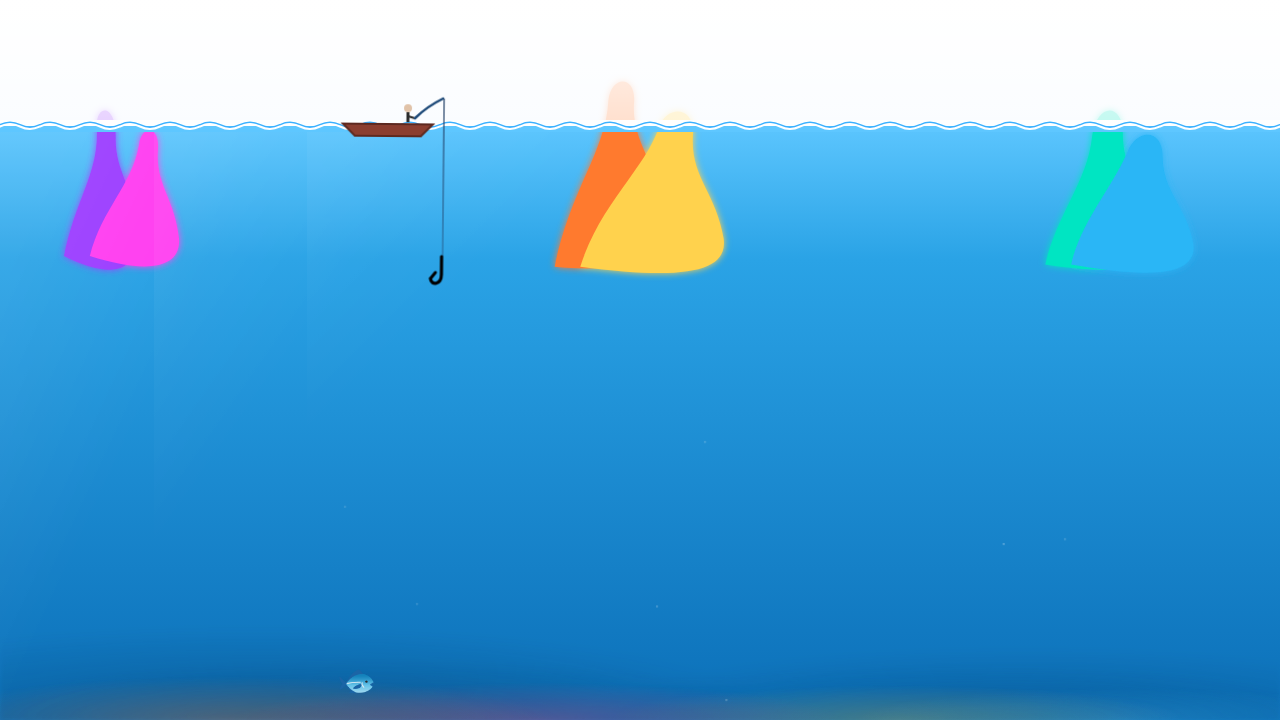
Repository: DeepFriedTurkey441/fd_game_project
Page: index.html
An editor plug-in stored every save of this project. The page is shown before and after the next save, followed by the edit.
The browser window is 1280 px wide. The pictures show the whole page.

Above is the page before, as saved 2025-09-23 07:37:29.

### index.html
<!DOCTYPE html>
<html lang="en">
<head>
  <meta charset="UTF-8">
  <title>Fish Dodge</title>
  <link rel="stylesheet" href="style.css">
</head>
<body>
  <div id="game">
    <div id="air" aria-hidden="true"></div>
    <div id="waterline" aria-hidden="true"></div>
    <!-- Decorative background layers (non-interactive) -->
    <div id="reef-back" aria-hidden="true"></div>
    <div id="reef-mid" aria-hidden="true"></div>
    <div id="reef-fore" aria-hidden="true"></div>
    <div id="light-rays" aria-hidden="true"></div>
    <div id="caustics" aria-hidden="true"></div>
    <div id="seafloor" aria-hidden="true"></div>
    <!-- Bright coral SVG (non-interactive) -->
    <svg id="coral" viewBox="0 0 1200 300" aria-hidden="true">
      <defs>
        <filter id="coralGlow" x="-20%" y="-20%" width="140%" height="140%">
          <feGaussianBlur stdDeviation="3" result="blur"/>
          <feMerge>
            <feMergeNode in="blur"/>
            <feMergeNode in="SourceGraphic"/>
          </feMerge>
        </filter>
      </defs>
      <!-- left purple coral -->
      <g filter="url(#coralGlow)" transform="translate(60,240) scale(1.1)">
        <path d="M0 0 C 10 -50, 30 -70, 28 -110 C 27 -130, 45 -130, 44 -100 C 44 -70, 60 -60, 62 -20 C 64 15, 40 20, 0 0 Z" fill="#9b3cff"/>
        <path d="M22 0 C 32 -40, 58 -60, 64 -95 C 66 -112, 82 -112, 80 -90 C 78 -60, 94 -50, 98 -15 C 100 10, 72 16, 22 0 Z" fill="#ff3cf0"/>
      </g>
      <!-- center orange coral -->
      <g filter="url(#coralGlow)" transform="translate(520,250) scale(1.2)">
        <path d="M0 0 C 12 -60, 40 -90, 42 -130 C 44 -150, 64 -150, 62 -128 C 60 -98, 78 -86, 84 -46 C 90 -8, 62 6, 0 0 Z" fill="#ff7a2f"/>
        <path d="M20 0 C 36 -50, 70 -75, 82 -110 C 88 -126, 110 -126, 108 -102 C 106 -70, 126 -58, 132 -22 C 136 6, 96 10, 20 0 Z" fill="#ffd24d"/>
      </g>
      <!-- right teal coral -->
      <g filter="url(#coralGlow)" transform="translate(980,248) scale(1.1)">
        <path d="M0 0 C 10 -44, 36 -70, 40 -110 C 44 -138, 66 -138, 66 -112 C 66 -78, 84 -64, 92 -30 C 98 4, 64 10, 0 0 Z" fill="#00e5c2"/>
        <path d="M22 0 C 30 -36, 56 -64, 70 -96 C 78 -116, 100 -116, 100 -92 C 100 -62, 120 -50, 126 -18 C 130 10, 90 12, 22 0 Z" fill="#29b6f6"/>
      </g>
    </svg>
    <div class="boat" aria-label="small fishing boat" title="Fishing boat" style="left: 26vw;">
      <svg viewBox="0 0 120 60" xmlns="http://www.w3.org/2000/svg" aria-hidden="true">
        <!-- hull -->
        <path d="M10 40 L100 40 L88 52 L22 52 Z" fill="#8b3e2f" stroke="#5e291f" stroke-width="2"/>
        <!-- fisherman (simple) -->
        <circle cx="75" cy="24" r="4" fill="#e0c2a8"/>
        <path id="arm" d="M75 28 L75 38" stroke="#2b2b2b" stroke-width="3"/>
        <path id="rod" d="M75 32 L82 34" stroke="#2b2b2b" stroke-width="2"/>
        <!-- fishing rod (angled out over water) -->
        <path d="M82 34 Q 94 22 110 14" stroke="#1f4b7a" stroke-width="2.5" fill="none" stroke-linecap="round"/>
      </svg>
      <div class="line" aria-hidden="true"></div>
      <svg class="hook" aria-hidden="true" viewBox="0 0 24 36">
        <!-- J‑shaped hook: black stroke, no fill -->
        <path d="M16 2 V20 C16 30 6 32 5 24" fill="none" stroke="#000" stroke-width="3.2" stroke-linecap="round"/>
        <!-- Barb -->
        <path d="M6 23 L10 18" fill="none" stroke="#000" stroke-width="3" stroke-linecap="round"/>
      </svg>
    </div>
    <div id="fish" aria-label="fish"><span class="sprite" aria-hidden="true">🐟</span></div>
    <!-- Soft ambient bubbles -->
    <div id="bubbles" aria-hidden="true"></div>
  </div>
  <script src="script.js"></script>
</body>
</html>

### style.css
/* Basic starter styling */
body {
    margin: 0;
    font-family: sans-serif;
    background-color: #0a3454;
    color: #fff;
  }

#game {
    position: relative;
    width: 100vw;
    height: 100vh;
    overflow: hidden;
    background: linear-gradient(#f9fbff 0%, #eaf3ff 16.66%, #5ec7ff 16.66%, #2aa3e6 36%, #0b6fb8 100%);
  }

/* Air overlay (top 1/6) to ensure a whitish sky */
#air {
    position: absolute;
    left: 0; right: 0;
    top: 0;
    /* Extend slightly past the waterline so crests have white behind them */
    height: calc(100vh / 6 + 12px);
    background: linear-gradient(to bottom, rgba(255,255,255,0.98), rgba(255,255,255,0.75));
    z-index: 1;
    pointer-events: none;
  }

/* Waterline at 1/6 of the viewport height from the top */
#waterline {
    position: absolute;
    left: 0; right: 0;
    top: calc(100vh / 6);
    height: 12px;
    z-index: 2;
    pointer-events: none;
    /* Squiggly wave on top of a 2-color band: white above, light blue below */
    background:
      url("data:[embedded picture, 376 characters]") repeat-x center,
      linear-gradient(to bottom, rgba(255,255,255,0.98) 0%, rgba(255,255,255,0.98) 50%, rgba(94,199,255,1) 50%, rgba(94,199,255,1) 100%);
    background-size: 80px 12px, 100% 100%;
  }

/* Boat at surface */
  .boat {
    position: absolute;
    top: calc(100vh / 6 - 34px); /* float a bit higher above ripple */
    width: 120px; height: 60px;
    transform-origin: 50% 50%;
    animation: bob 3.2s ease-in-out infinite;
    z-index: 6; /* above reefs; fish swims under */
    pointer-events: none;
  }
  .boat svg { width: 100%; height: 100%; display: block; }
  /* (reverted) */

/* Reef layers (behind fish) */
#reef-back, #reef-mid, #reef-fore {
    position: absolute; left: 0; right: 0; bottom: 0;
    pointer-events: none;
}
#reef-back { height: 44vh; background:
    radial-gradient(70% 50% at 20% 100%, rgba(0,40,70,0.25), transparent 60%),
    radial-gradient(60% 40% at 80% 100%, rgba(0,45,80,0.22), transparent 58%);
    z-index: 0; filter: blur(2px) saturate(0.9);
}
#reef-mid { height: 36vh; background:
    radial-gradient(55% 40% at 30% 100%, rgba(10,70,120,0.26), transparent 60%),
    radial-gradient(50% 35% at 75% 100%, rgba(8,90,150,0.22), transparent 62%);
    z-index: 1; filter: blur(1.2px) saturate(1.0);
}
#reef-fore { height: 28vh; background:
    radial-gradient(40% 35% at 18% 100%, rgba(255,130,60,0.28), transparent 62%),
    radial-gradient(38% 30% at 42% 100%, rgba(255,70,120,0.28), transparent 62%),
    radial-gradient(36% 28% at 70% 100%, rgba(255,200,60,0.24), transparent 62%),
    radial-gradient(34% 26% at 88% 100%, rgba(90,200,255,0.22), transparent 62%);
    z-index: 2; filter: saturate(1.1);
    mask-image: linear-gradient(to top, black 60%, rgba(0,0,0,0) 100%);
    -webkit-mask-image: linear-gradient(to top, black 60%, rgba(0,0,0,0) 100%);
}

/* God-rays */
#light-rays { position: absolute; left:0; right:0; top: calc(100vh/6); bottom:0; pointer-events:none; z-index:1;
  background:
    linear-gradient(115deg, rgba(255,255,255,0.12) 10%, rgba(255,255,255,0.0) 35%) 0 0/40% 100% no-repeat,
    linear-gradient(125deg, rgba(255,255,255,0.10) 8%, rgba(255,255,255,0.0) 32%) 20% 0/40% 100% no-repeat,
    linear-gradient(135deg, rgba(255,255,255,0.08) 6%, rgba(255,255,255,0.0) 28%) 40% 0/40% 100% no-repeat;
  mix-blend-mode: screen;
  opacity: 0.5;
}
  .boat .line {
    position: absolute;
    left: 110px; /* exact rod tip in SVG coords */
    top: 14px;
    width: 2px;
    height: calc(100vh - (100vh / 6)); /* down to bottom */
    background: linear-gradient(to bottom, rgba(30,60,100,0.6), rgba(30,60,100,0.3));
    transform-origin: top;
    z-index: 4; /* between reefs and fish */
  }
  .boat .hook {
    position: absolute;
    left: 100px; /* adjusted for SVG viewBox */
    top: 14px;
    width: 24px; height: 36px;
    z-index: 5;
    display: block;
  }
  .boat .hook path { vector-effect: non-scaling-stroke; }

@keyframes bob {
  0%   { transform: translateY(0) rotate(-0.6deg); }
  50%  { transform: translateY(-2px) rotate(0.6deg); }
  100% { transform: translateY(0) rotate(-0.6deg); }
}

#fish {
    position: absolute;
    left: 24px;
    top: 50vh;
    transform: translateY(-50%);
    font-size: 32px;
    line-height: 1;
    user-select: none;
    z-index: 5;
  }
/* Ambient bubbles */
#bubbles { position:absolute; left:0; right:0; top: calc(100vh/6); bottom:0; pointer-events:none; z-index:2; }
#bubbles::before, #bubbles::after { content:""; position:absolute; left:10%; bottom:6vh; width:2px; height:2px; background:transparent;
  box-shadow:  0 0 0 0 rgba(255,255,255,0.7),
               40vw 10vh 0 0 rgba(255,255,255,0.6),
               20vw 30vh 0 0 rgba(255,255,255,0.5),
               65vw 22vh 0 0 rgba(255,255,255,0.6),
               80vw 12vh 0 0 rgba(255,255,255,0.5),
               15vw 18vh 0 0 rgba(255,255,255,0.5);
  animation: bubbleUp 8s linear infinite;
}
#bubbles::after { left:35%; animation-duration: 12s; opacity:0.8; }
@keyframes bubbleUp {
  0% { transform: translateY(0) scale(1); opacity: 0.0; }
  10% { opacity: 0.6; }
  100% { transform: translateY(-70vh) scale(1.2); opacity: 0; }
}
  #fish .sprite { display: inline-block; font-size: 32px; width: 1em; height: 1em; }
  /* Emoji orientation mappings */
  /* Most platforms render 🐟 facing left by default (head on left). */
  #fish .face-left { transform: scaleX(1); }
  #fish .face-right { transform: scaleX(-1); }

### script.js
// Fish movement prototype: slow downward drift, space = up/forward, 3 speeds (←/→)
(function () {
  const fish = document.getElementById('fish');
  const sprite = fish ? fish.querySelector('.sprite') : null;
  const boat = document.querySelector('.boat');
  const lineEl = boat ? boat.querySelector('.line') : null;
  const hookEl = boat ? boat.querySelector('.hook') : null;
  // (reverted) no rod group rotation
  const armPath = boat ? boat.querySelector('#arm') : null;
  const rodPath = boat ? boat.querySelector('#rod') : null;
  if (!fish) return;

  // Ensure fish faces right
  // using CSS flip on child span; no need to set text here

  const BASE_SPEEDS = [1, 3, 6];
  let speedIndex = 0;
  let dir = 1; // 1 = left→right, -1 = right→left
  let speed = BASE_SPEEDS[speedIndex]; // signed pixels/frame after scaling

  let x = 24;
  let y = window.innerHeight * 0.5;
  let vy = 0;
  let spacePressed = false;
  let paused = false;
  function getFishHalfHeight() {
    try {
      const rect = (sprite || fish).getBoundingClientRect();
      return Math.max(8, (rect.height || 32) / 2);
    } catch (_) {
      return 16; // fallback for early frames
    }
  }

  // Tunables
  function scale() { return Math.max(0.8, Math.min(2.0, window.innerWidth / 1200)); }
  function gravity() { return 0.12 * scale(); } // slow drift downward
  function maxFall() { return 3.0 * scale(); }
  function maxRise() { return -4.0 * scale(); }

  function wrapX(nx) {
    const w = window.innerWidth;
    if (nx > w) return nx - w;
    if (nx < 0) return nx + w;
    return nx;
  }

  function updateSpeed() {
    speed = dir * (BASE_SPEEDS[speedIndex] * scale());
    // Update facing based on direction
    if (sprite) {
      if (dir === 1) {
        sprite.classList.remove('face-left');
        sprite.classList.add('face-right');
      } else {
        sprite.classList.remove('face-right');
        sprite.classList.add('face-left');
      }
    }
  }

  function loop() {
    if (paused) { requestAnimationFrame(loop); return; }
    // Horizontal progress
    x = wrapX(x + speed);

    // Vertical physics
    if (spacePressed) {
      vy = Math.max(maxRise(), vy - 0.45 * scale());
    } else {
      vy = Math.min(maxFall(), vy + gravity());
    }
    // Compute waterline as top at 1/6 viewport height
    const waterlineY = window.innerHeight / 6;
    // Keep the fish's center at least one pixel below the waterline + half its height
    const halfH = getFishHalfHeight();
    const topClamp = Math.max(0, waterlineY + halfH + 1);
    const bottomClamp = window.innerHeight - 40;
    y = Math.max(topClamp, Math.min(bottomClamp, y + vy));

    // Render
    fish.style.left = x + 'px';
    fish.style.top = y + 'px';

    // Simple jig animation for hook: hold near bottom, then hop upward irregularly
    animateHook();

    requestAnimationFrame(loop);
  }

  // --- Fishing line + hook motion ---
  let hookState = { phase: 'drop', targetY: 0, lastChange: 0 };
  // (reverted) no cast state
  const FEATURES = {
    casting: (new URL(location.href).searchParams.get('cast') === '1') ||
             (localStorage.getItem('fd_casting') === '1')
  };
  document.addEventListener('keydown', e => {
    if (e.key === 'C') {
      FEATURES.casting = !FEATURES.casting;
      localStorage.setItem('fd_casting', FEATURES.casting ? '1' : '0');
      location.reload();
    }
  });

  // Dynamic grouping for casting when flag is ON
  let rodGroup = null;
  if (boat && FEATURES.casting && armPath && rodPath) {
    try {
      const svg = boat.querySelector('svg');
      rodGroup = document.createElementNS('http://www.w3.org/2000/svg', 'g');
      rodGroup.setAttribute('id', 'rodGroup');
      rodGroup.appendChild(armPath);
      rodGroup.appendChild(rodPath);
      svg.insertBefore(rodGroup, svg.firstChild.nextSibling);
      rodGroup.style.transformOrigin = '75px 32px';
    } catch (_) { rodGroup = null; }
  }
  function animateHook() {
    if (!lineEl || !hookEl) return;
    const now = performance.now();
    const waterTop = window.innerHeight / 6;
    const bottom = window.innerHeight - 4;
    // Anchor positions at rod tip in page coords
    const boatRect = boat.getBoundingClientRect();
    const rodTip = { x: boatRect.left + 110, y: boatRect.top + 14 };
    // Hook SVG geometry (viewBox 0 0 24 36): eye at roughly (16, 2)
    const HOOK_EYE_X = 16; // px within SVG
    const HOOK_EYE_Y = 2;  // px within SVG
    if (hookState.phase === 'drop') {
      // Ensure line spans to bottom and hook sits near bottom
      lineEl.style.height = (bottom - rodTip.y) + 'px';
      // Position hook so its eye aligns with the line X and starts at bottom
      hookEl.style.left = (rodTip.x - boatRect.left - HOOK_EYE_X) + 'px';
      hookEl.style.top = (rodTip.y - boatRect.top + (bottom - rodTip.y) - (HOOK_EYE_Y + 2)) + 'px';
      hookState.phase = 'jig';
      hookState.lastChange = now;
      hookState.targetY = bottom - 30;
      // Trigger a one-time cast animation when flag is ON
      if (FEATURES.casting) startCast(now);
      return;
    }
    // Jigging: random small upward hops, then fall back
    const hookRect = hookEl.getBoundingClientRect();
    const hookY = hookRect.top + hookRect.height / 2;
    if (now - hookState.lastChange > 600 + Math.random() * 600) {
      hookState.targetY = Math.max(waterTop + 60, hookY - (30 + Math.random() * 60));
      hookState.lastChange = now;
    }
    // Move toward targetY smoothly
    const dy = (hookState.targetY - hookY) * 0.14;
    const newTop = hookY + dy;
    const maxTop = bottom - 12;
    const clampedTop = Math.min(maxTop, Math.max(waterTop + 40, newTop));
    // Position hook (absolute within boat) using page→boat coordinates
    const newHookTop = clampedTop - hookRect.height / 2;
    // Keep hook horizontally anchored so the eye stays on the line
    hookEl.style.left = (rodTip.x - boatRect.left - HOOK_EYE_X) + 'px';
    hookEl.style.top = (newHookTop - boatRect.top) + 'px';

    // Reel-in effect: simply shorten the line element height to the hook
    const hookEyePageY = (newHookTop + HOOK_EYE_Y); // page Y for hook eye
    const visibleHeight = Math.max(0, hookEyePageY - rodTip.y);
    lineEl.style.height = visibleHeight + 'px';

    if (FEATURES.casting) stepCast(now);
  }
  // --- Casting (guarded by feature flag) ---
  let hasCastOnce = false;
  let castPhase = 'idle';
  let castStartAt = 0;
  function getBoatSectionIndex() {
    const sections = 10;
    const boatRect = boat.getBoundingClientRect();
    const centerX = boatRect.left + boatRect.width / 2;
    const w = window.innerWidth;
    return Math.min(sections - 1, Math.max(0, Math.floor((centerX / w) * sections)));
  }
  function startCast(now) {
    if (hasCastOnce || !rodGroup) return;
    const section = getBoatSectionIndex();
    if (section >= 8) return;
    hasCastOnce = true;
    castPhase = 'windup';
    castStartAt = now;
  }
  function stepCast(now) {
    if (castPhase === 'idle' || !rodGroup) return;
    const t = now - castStartAt;
    if (castPhase === 'windup') {
      const dur = 380, k = Math.min(1, t / dur);
      const angle = -35 * (1 - Math.pow(1 - k, 3));
      rodGroup.style.transform = `rotate(${angle}deg)`;
      if (k >= 1) { castPhase = 'forward'; castStartAt = now; }
    } else if (castPhase === 'forward') {
      const dur = 240, k = Math.min(1, t / dur);
      const angle = (-35) + 50 * (1 - Math.pow(1 - k, 3));
      rodGroup.style.transform = `rotate(${angle}deg)`;
      const section = getBoatSectionIndex();
      const w = window.innerWidth, sectionW = w / 10;
      const targetX = Math.min((section + 2 + 0.5) * sectionW, w - 20);
      const boatRect = boat.getBoundingClientRect();
      const curr = hookEl.getBoundingClientRect();
      const nx = (curr.left + (targetX - curr.left) * (1 - Math.pow(1 - k, 3))) - boatRect.left - 16;
      hookEl.style.left = `${nx}px`;
      if (k >= 1) { castPhase = 'settle'; castStartAt = now; }
    } else if (castPhase === 'settle') {
      const dur = 280, k = Math.min(1, t / dur);
      const angle = 15 - 15 * (1 - Math.pow(1 - k, 3));
      rodGroup.style.transform = `rotate(${angle}deg)`;
      if (k >= 1) { castPhase = 'idle'; rodGroup.style.transform = 'rotate(0deg)'; }
    }
  }

  document.addEventListener('keydown', (e) => {
    switch (e.key) {
      case ' ': // surge
        if (!spacePressed) {
          spacePressed = true;
          vy = Math.max(maxRise(), vy - 2.2 * scale());
          fish.style.transform = 'translateY(-50%) scale(1.04) rotate(-3deg)';
        }
        break;
      case 'p':
        paused = !paused;
        break;
      case 'ArrowRight':
        if (dir === 1) {
          // Already moving right: speed up until max
          speedIndex = Math.min(BASE_SPEEDS.length - 1, speedIndex + 1);
        } else {
          // Moving left: step down speed; if already at slowest, flip to right slow
          if (speedIndex > 0) {
            speedIndex -= 1;
          } else {
            dir = 1; // flip direction
            speedIndex = 0; // start at slowest in new direction
          }
        }
        updateSpeed();
        break;
      case 'ArrowLeft':
        if (dir === -1) {
          // Already moving left: speed up until max
          speedIndex = Math.min(BASE_SPEEDS.length - 1, speedIndex + 1);
        } else {
          // Moving right: step down speed; if already at slowest, flip to left slow
          if (speedIndex > 0) {
            speedIndex -= 1;
          } else {
            dir = -1; // flip direction
            speedIndex = 0; // start at slowest in new direction
          }
        }
        updateSpeed();
        break;
    }
  });
  document.addEventListener('keyup', (e) => {
    if (e.key === ' ') {
      spacePressed = false;
      fish.style.transform = 'translateY(-50%)';
    }
  });

  window.addEventListener('resize', () => {
    x = Math.min(x, window.innerWidth - 40);
    // Re-apply clamp relative to new waterline and fish size
    const waterlineY = window.innerHeight / 6;
    const halfH = getFishHalfHeight();
    const topClamp = Math.max(0, waterlineY + halfH + 1);
    const bottomClamp = window.innerHeight - 40;
    y = Math.max(topClamp, Math.min(bottomClamp, y));
    updateSpeed();
    // Recompute line length on resize
    if (lineEl && boat) {
      const bottom = window.innerHeight - 4;
      const boatRect = boat.getBoundingClientRect();
      const rodTipY = boatRect.top + 14;
      lineEl.style.height = (bottom - rodTipY) + 'px';
    }
  });

  // Init
  updateSpeed();
  // Ensure initial facing matches starting direction (right)
  if (sprite) { sprite.classList.add('face-right'); }
  loop();
})();

After the next save:
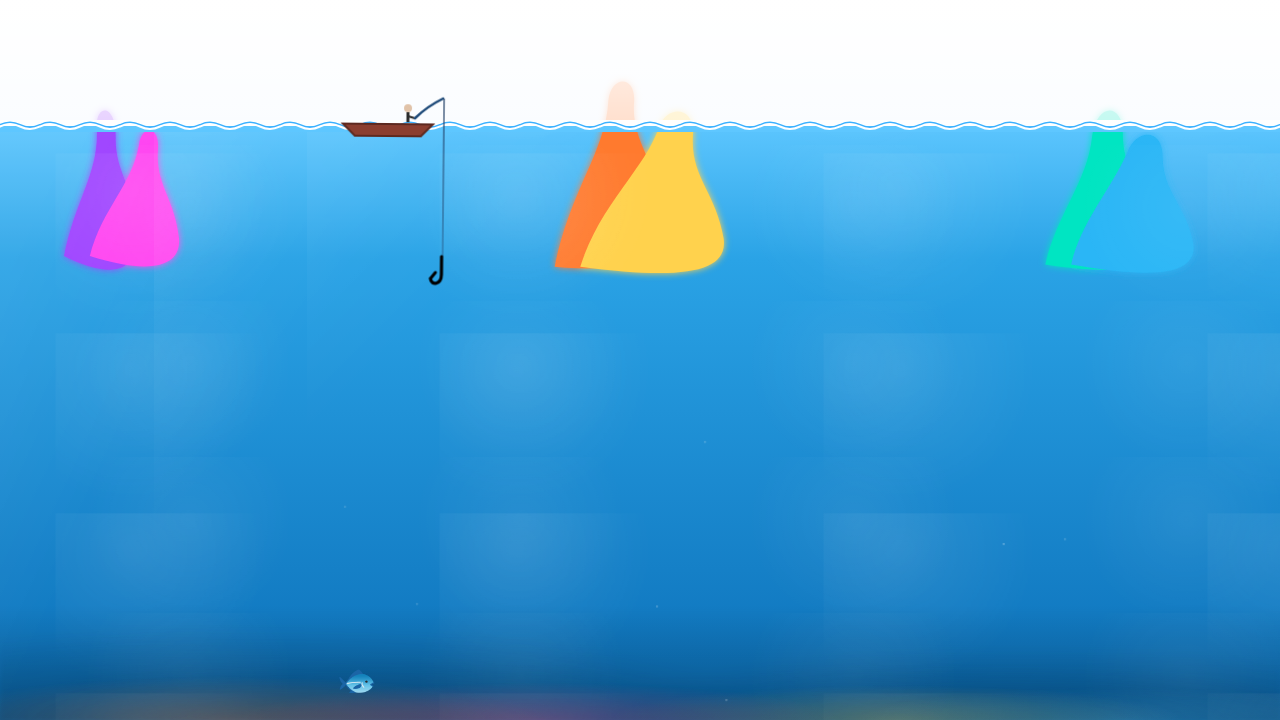
Saved 30 s later.
--- a/style.css
+++ b/style.css
@@ -88,6 +88,22 @@ body {
   mix-blend-mode: screen;
   opacity: 0.5;
 }
+
+/* Caustic shimmer */
+#caustics { position:absolute; left:0; right:0; top: calc(100vh/6); bottom:0; pointer-events:none; z-index:1;
+  background: radial-gradient(circle at 20% 20%, rgba(255,255,255,0.08) 0%, rgba(255,255,255,0) 40%) 0 0/30% 30% repeat,
+              radial-gradient(circle at 70% 40%, rgba(255,255,255,0.06) 0%, rgba(255,255,255,0) 42%) 0 0/26% 26% repeat;
+  animation: causticDrift 18s linear infinite;
+}
+@keyframes causticDrift {
+  0% { background-position: 0 0, 0 0; }
+  100% { background-position: 200px 120px, -160px 90px; }
+}
+
+/* Seafloor gradient to deepen bottom */
+#seafloor { position:absolute; left:0; right:0; bottom:0; height: 16vh; pointer-events:none; z-index:1;
+  background: linear-gradient(to bottom, rgba(0,0,0,0) 0%, rgba(0,0,0,0.25) 100%);
+}
   .boat .line {
     position: absolute;
     left: 110px; /* exact rod tip in SVG coords */
